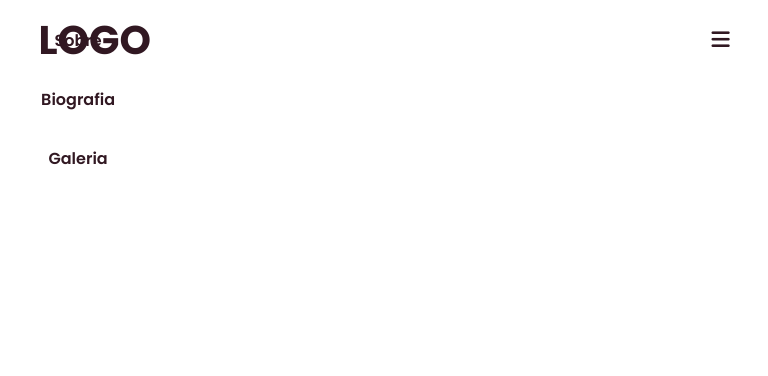
Repository: Matheus904-12/Teste
Page: teste.html
An editor plug-in stored every save of this project. The page is shown before and after the next save, followed by the edit.
The browser window is 768 px wide. The pictures show the whole page.
Some web libraries are served in a nearby version.

Above is the page before, as saved 2023-11-01 10:20:10.

### teste.html
<!DOCTYPE html>
<html lang="en">
<head>
    <meta charset="UTF-8">
    <meta name="viewport" content="width=device-width, initial-scale=1.0">
    <title>Document</title>
    <link rel="stylesheet" href="css.css">
    <link rel="stylesheet" href="https://cdnjs.cloudflare.com/ajax/libs/font-awesome/6.4.0/css/all.min.css">
    <script src="https://cdn.jsdelivr.net/npm/gsap@3.12.2/dist/gsap.min.js"></script>
</head>
<body>
    <header>
        <div class="logo">
            Logo
        </div>
        <nav>
            <ul class="menu">
                <li><a href="#">Início</a></li>
                <li><a href="#">Compras</a></li>
                <li><a href="#">Sobre</a></li>
                <li><a href="#">Biografia</a></li>
                <li><a href="#">Galeria</a></li>
            </ul>
            <i class="fa-solid fa-bars" id="toggle"></i>
        </nav>
    </header>
</body>
</html>

### css.css
@import url('https://fonts.googleapis.com/css?family=Poppins:ital,wght@0,100;0,200;0,300;0,400;0,500;0,600;0,700;0,800;0,900;1,100;1,200;1,300;1,400;1,500;1,600;1,700;1,800;1,900&display=swap');

*{
    margin: 0;
    padding: 0;
    box-sizing: border-box;
    list-style: none;
    text-decoration: none;
    font-family: "Poppins", sans-serif;
}

body {
    min-height: 100vh;
    min-width: 400px;
    overflow: hidden;
}

header {
    display: flex;
    align-items: center;
    justify-content: flex-end;
    width: 100%;
    height: 80px;
    padding: 0 5%;
    color: #311822;
    font-size: 18px;
}

header .logo {
    color:#311822;
    font-size: 2.5rem;
    font-weight: 700;
    text-transform: uppercase;
    margin-right: auto;
}

header nav {
    display: flex;
    align-items: center;
}

header nav .menu {
    display: flex;
    align-items:center;
}

header nav .menu li a {
    position: relative;
    color:#311822;
    font-size: 1rem;
    font-weight: 600;
    margin-left: 40px;
    border-radius: 0.4rem;
    transition: color 0.4s ease;
}

header nav .menu li a:hover {
    color: #fff
}

header nav #toggle {
    font-size: 1.3rem;
    margin-left: 80px;
    cursor: pointer;
}

@media (max-width:800px) {
    .home {
        min-width: 390px;
    }
    .home h1 {
        margin-top: 5px;
        font-size: 4rem;
        font-weight: 700;
    }
    .home h2 {
        margin-top: 10px;
    }
    header nav .menu{
        flex-direction: column;
        row-gap: 2rem;
        position: absolute;
        left: -00%;
        top
    }
}

After the next save:
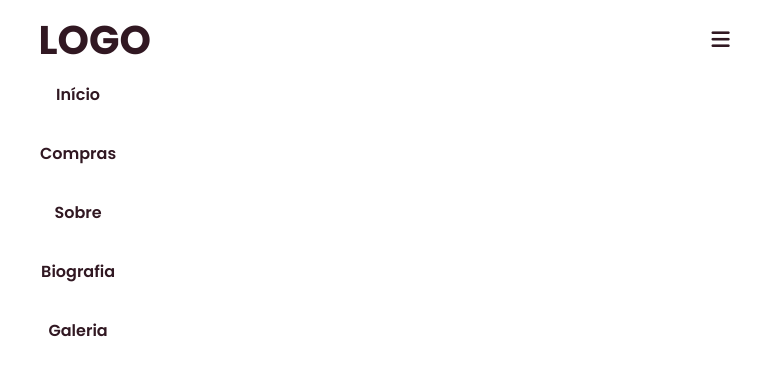
Saved 4 s later.
--- a/css.css
+++ b/css.css
@@ -81,6 +81,6 @@ header nav #toggle {
         row-gap: 2rem;
         position: absolute;
         left: -00%;
-        top
+        top: 80px;
     }
 }
